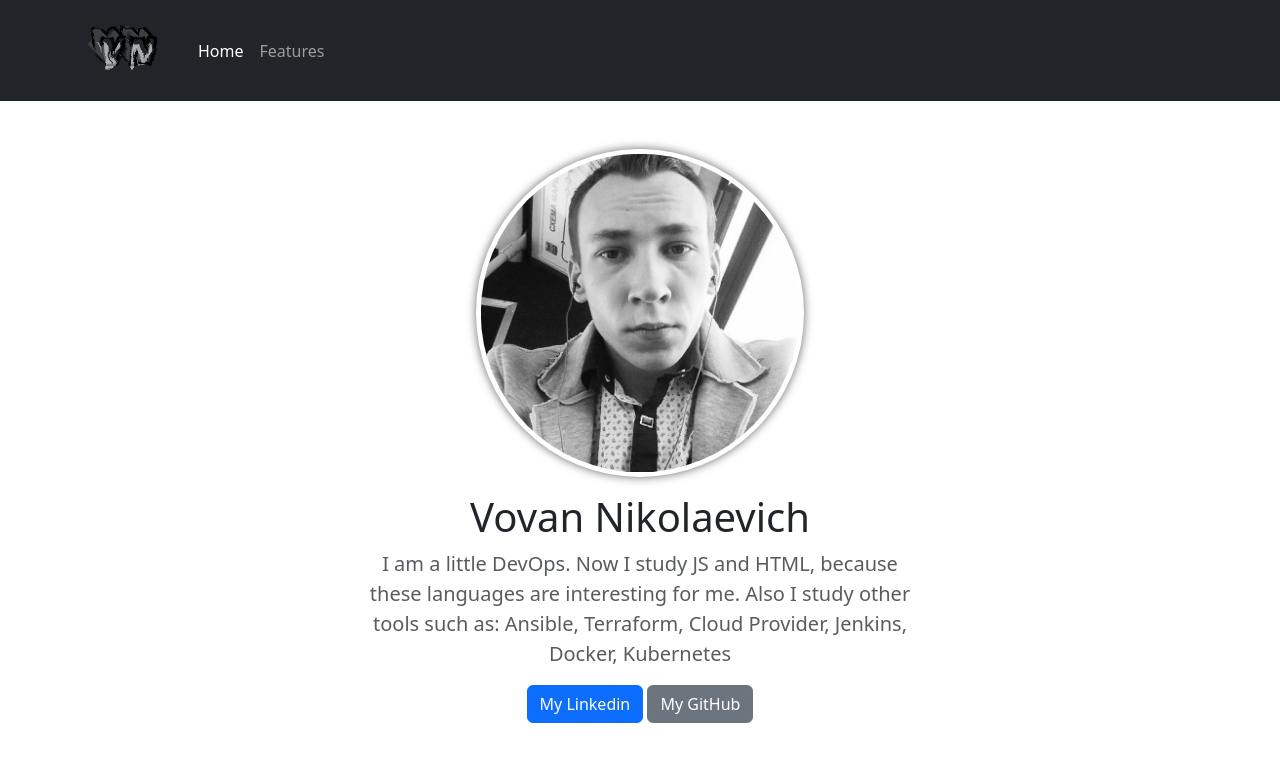
Repository: vovanbl411/mini-web-site
Page: index.html
The author's editor kept a copy of each file at every save. The page is drawn from the files as they stood at one save, then again after the next save.
The browser window is 1280 px wide. The pictures show the whole page.

Above is the page before, as saved 2023-01-22 01:26:17.

### index.html
<!DOCTYPE html>
<html lang="en">
  <head>
    <meta charset="UTF-8" />
    <meta name="viewport" content="width=device-width, initial-scale=1.0" />
    <title>My page</title>
    <link
      href="https://cdn.jsdelivr.net/npm/bootstrap@5.3.0-alpha1/dist/css/bootstrap.min.css"
      rel="stylesheet"
      integrity="sha384-GLhlTQ8iRABdZLl6O3oVMWSktQOp6b7In1Zl3/Jr59b6EGGoI1aFkw7cmDA6j6gD"
      crossorigin="anonymous"
    />
    <script
      src="https://cdn.jsdelivr.net/npm/bootstrap@5.3.0-alpha1/dist/js/bootstrap.bundle.min.js"
      integrity="sha384-w76AqPfDkMBDXo30jS1Sgez6pr3x5MlQ1ZAGC+nuZB+EYdgRZgiwxhTBTkF7CXvN"
      crossorigin="anonymous"
    ></script>
    <style>
      .rounded-img {
        width: 60%;
        border-radius: 50%;
        box-shadow: 0 0 10px rgba(0, 0, 7, 0.6);
        padding: 0.3em;
        margin-bottom: 1em;
      }
    </style>
  </head>
  <body>
    <nav class="navbar navbar-expand-lg navbar-dark bg-dark">
      <div class="container">
        <a class="navbar-brand" href="/">
          <img src="VN(1).png" alt="Vovan Nikolaevich" />
        </a>
        <button
          class="navbar-toggler"
          data-bs-theme="dark"
          type="button"
          data-bs-toggle="collapse"
          data-bs-target="#navbarNav"
          aria-controls="navbarNav"
          aria-expanded="false"
          aria-label="Toggle navigation"
        >
          <span class="navbar-toggler-icon"></span>
        </button>
        <div class="collapse navbar-collapse" id="navbarNav">
          <ul class="navbar-nav">
            <li class="nav-item">
              <a class="nav-link active" aria-current="page" href="#">Home</a>
            </li>
            <li class="nav-item">
              <a class="nav-link" href="#">Features</a>
            </li>
          </ul>
        </div>
      </div>
    </nav>
    <div class="container text-center my-5">
      <div class="row">
        <div class="col-lg-6 col-md-8 mx-auto">
          <img
            class="rounded-img"
            src="Screenshot.png"
            alt="Vovan Nikolaevich"
          />
          <h1 class="fw-light">Vovan Nikolaevich</h1>
          <p class="lead text-muted">
            I am a little DevOps. Now I study JS and HTML, because these
            languages are interesting for me. Also I study other tools such as:
            Ansible, Terraform, Cloud Provider, Jenkins, Docker, Kubernetes
          </p>
          <a
            href="https://www.linkedin.com/in/vovan-nikolaevich/"
            target="_blank"
            class="btn btn-primary"
          >
            My Linkedin
          </a>
          <a
            href="https://github.com/vovanbl411"
            target="_blank"
            class="btn btn-secondary"
          >
            My GitHub
          </a>
        </div>
      </div>
    </div>
  </body>
</html>

After the next save:
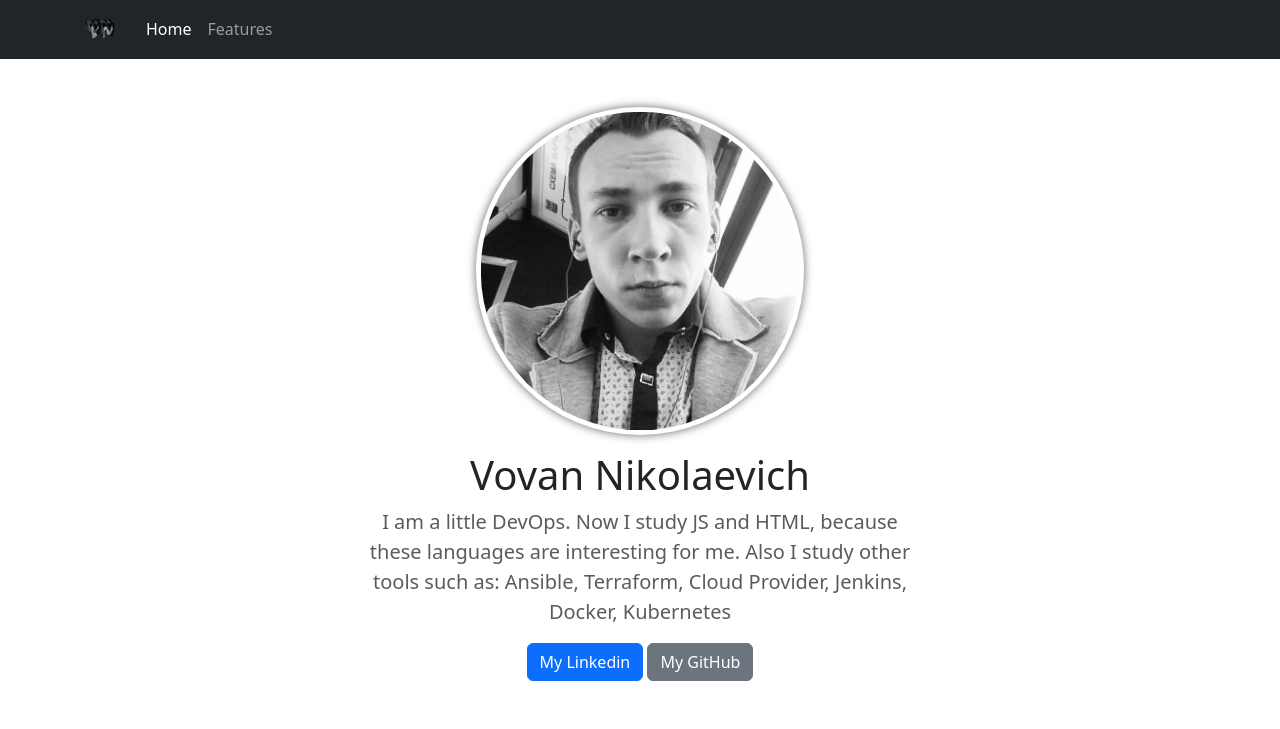
Saved 14 min 7 s later.
--- a/index.html
+++ b/index.html
@@ -29,7 +29,7 @@
     <nav class="navbar navbar-expand-lg navbar-dark bg-dark">
       <div class="container">
         <a class="navbar-brand" href="/">
-          <img src="VN(1).png" alt="Vovan Nikolaevich" />
+          <img src="VN(1).png" alt="Vovan Nikolaevich" width="40" />
         </a>
         <button
           class="navbar-toggler"
